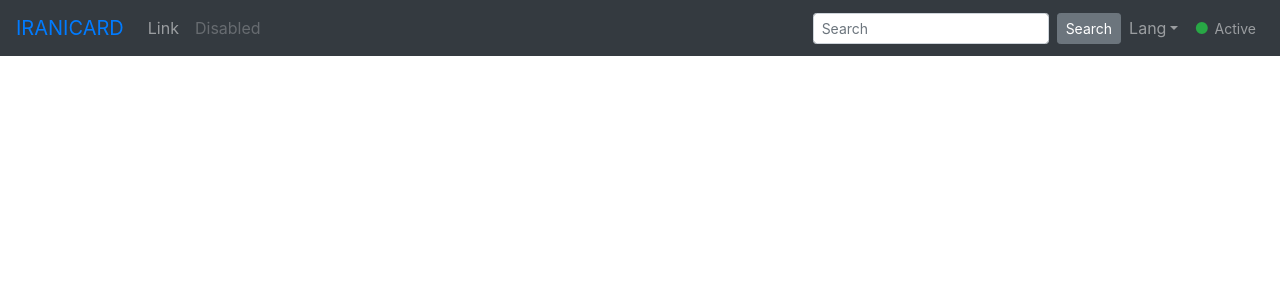
Repository: hosseinemami1370/iranicard
Page: /user
An editor plug-in stored every save of this project. The page is shown before and after the next save, followed by the edit.
The browser window is 1280 px wide. The pictures show the whole page.
The page's requests for data from a server got no answer. The project was rebuilt for these pictures with package versions that can differ from the ones it lists, and the page was loaded fresh each time. The framework's server and built-in components were replaced by stand-ins that run in the browser. No one was signed in, and anything a server would have sent is missing. Also part of the build but not shown: nuxt.config.js, components/Header.vue, components/Logo.vue, components/UI/AppButton.vue, layouts/admin.vue, layouts/error.vue.

Above is the page before, as saved 2021-03-15 13:58:46.

### components/navigation/Header.vue
<template>


<div>
  <b-navbar toggleable="lg" type="dark" variant="dark">
    <b-navbar-brand  ><nuxt-link to="/">IRANICARD</nuxt-link></b-navbar-brand>

    <b-navbar-toggle target="nav-collapse"></b-navbar-toggle>

    <b-collapse id="nav-collapse" is-nav>
      <b-navbar-nav>
        <b-nav-item href="#">Link</b-nav-item>
        <b-nav-item href="#" disabled>Disabled</b-nav-item>
      </b-navbar-nav>

      <!-- Right aligned nav items -->
      <b-navbar-nav class="ml-auto">
        <b-nav-form>
          <b-form-input size="sm" class="mr-sm-2" placeholder="Search"></b-form-input>
          <b-button size="sm" class="my-2 my-sm-0" type="submit">Search</b-button>
        </b-nav-form>

        <b-nav-item-dropdown text="Lang" right>
          <b-dropdown-item href="#">EN</b-dropdown-item>
          <b-dropdown-item href="#">ES</b-dropdown-item>
          <b-dropdown-item href="#">RU</b-dropdown-item>
          <b-dropdown-item href="#">FA</b-dropdown-item>
        </b-nav-item-dropdown>

        <b-nav-item-dropdown v-if="visible" right>
          <!-- Using 'button-content' slot -->

          <template #button-content>
            <em>User</em>
          </template>
          <b-dropdown-item href="#">Profile</b-dropdown-item>
          <b-dropdown-item @click="onLogout">Sign Out</b-dropdown-item>
        </b-nav-item-dropdown>
        <b-nav-item>
          <b-avatar v-if="visible" variant="info" src="https://placekitten.com/300/300"></b-avatar>
          <span class="mr-auto">{{email}}</span>
          <span class="text-success">● </span>
          <small>Active</small>
        </b-nav-item>
      </b-navbar-nav>

    </b-collapse>
  </b-navbar>
</div>
</template>

<script>


export default {
  middleware: ["check-auth"],
  data(){
    return{
      visible:false,
      email:''
    }
  },
  created(){

     if(localStorage.getItem("token") != null || localStorage.getItem("token") != undefined) {
       this.visible=true;
        this.email=localStorage.getItem("data")
    }
  },
  methods: {
    onLogout() {
      this.$store.dispatch("logout");
      this.$router.push("/");
    }
  }

}
</script>



<style>

</style>

### layouts/default.vue
<template>
  <div>

    <Nuxt />
  </div>
</template>
<script>
// import Header from '@/components/navigation/Header'
 export default {
//    components:{
//      Header
//    }
computed:{

    loadedData() {
      return this.$store.getters.isAuthenticated

  }
}
 }

</script>

<style>
html {
  font-family:
    'Source Sans Pro',
    -apple-system,
    BlinkMacSystemFont,
    'Segoe UI',
    Roboto,
    'Helvetica Neue',
    Arial,
    sans-serif;
  font-size: 16px;
  word-spacing: 1px;
  -ms-text-size-adjust: 100%;
  -webkit-text-size-adjust: 100%;
  -moz-osx-font-smoothing: grayscale;
  -webkit-font-smoothing: antialiased;
  box-sizing: border-box;
}

*,
*::before,
*::after {
  box-sizing: border-box;
  margin: 0;
}

.button--green {
  display: inline-block;
  border-radius: 4px;
  border: 1px solid #3b8070;
  color: #3b8070;
  text-decoration: none;
  padding: 10px 30px;
}

.button--green:hover {
  color: #fff;
  background-color: #3b8070;
}

.button--grey {
  display: inline-block;
  border-radius: 4px;
  border: 1px solid #35495e;
  color: #35495e;
  text-decoration: none;
  padding: 10px 30px;
  margin-left: 15px;
}

.button--grey:hover {
  color: #fff;
  background-color: #35495e;
}
</style>

### layouts/header.vue
<template>
 <div>
   <Header />
   <nuxt />
 </div>

</template>

<script>
import Header from '@/components/navigation/Header'
export default {
    components:{
        Header

    },

}
</script>

<style>

</style>

### store/index.js
import Vuex from "vuex";

import Cookie from "js-cookie";

const createStore =() =>{
   return new Vuex.Store({
    state:{
        loadedData:[],
        token:null,
        // visibelLogout:true
    },
    mutations:{
        SETTOKEN(state,token){
            state.token=token;
        },
        CLEARTOKEN(state) {
            state.token = null;
          },
          SETEDATA(state,data){
            state.loadedData=data;
          }
        // SETVISIBLE(state,visible){
        //     state.visibelLogout=visible
        // }
    },
    actions:{
        authenticationUser(vuexContext,authData){
            let authUrl =
          "https://www.googleapis.com/identitytoolkit/v3/relyingparty/verifyPassword?key=" +
          process.env.fbAPIKey;
        if (!authData.isLogin) {
          authUrl =
            "https://www.googleapis.com/identitytoolkit/v3/relyingparty/signupNewUser?key=" +
            process.env.fbAPIKey;
        }
        return this.$axios
          .$post(authUrl, {
            email: authData.email,
            password: authData.password,
            returnSecureToken: true
          })
          .then(result => {
            console.log("result:",result);
            vuexContext.commit("SETEDATA",result.email);
            vuexContext.commit("SETTOKEN", result.idToken);
            localStorage.setItem("token", result.idToken);
            localStorage.setItem("data",result.email);
            localStorage.setItem("isLogin",authData.isLogin)
            console.log("result.expiresIn",result.expiresIn);
            localStorage.setItem(
              "tokenExpiration",
              new Date().getTime() + Number.parseInt(result.expiresIn) * 1000
            );
            Cookie.set("jwt", result.idToken);
            Cookie.set(
              "expirationDate",
              new Date().getTime() + Number.parseInt(result.expiresIn) * 1000
            );
          })
          .catch(e => {
            console.log('error1:', e);
            alert("usre or password invalid!")
          });
        },
        initAuth(vuexContext, req) {
            let token;
            let expirationDate;
            if (req) {
              if (!req.headers.cookie) {
                return;
              }
              const jwtCookie = req.headers.cookie
                .split(";")
                .find(c => c.trim().startsWith("jwt="));
              if (!jwtCookie) {
                return;
              }
              token = jwtCookie.split("=")[1];
              expirationDate = req.headers.cookie
                .split(";")
                .find(c => c.trim().startsWith("expirationDate="))
                .split("=")[1];
            }
            else {
              token = localStorage.getItem("token");
              expirationDate = localStorage.getItem("tokenExpiration");
            }
            if (new Date().getTime() > +expirationDate || !token) {
              console.log("No token or invalid token");
              vuexContext.dispatch("logout");
              return;
            }
            vuexContext.commit("SETTOKEN", token);
          },
          logout(vuexContext) {
            vuexContext.commit("CLEARTOKEN");
            Cookie.remove("jwt");
            Cookie.remove("expirationDate");
            if (process.client) {
              localStorage.removeItem("token");
              localStorage.removeItem("tokenExpiration");
            }
          },
        // setVisible(vuexContext,payload){
        //     vuexContext.commit("SETVISIBLE", payload);
        // }
    },
    getters: {
      loadedData(state) {
        return state.loadedData;
      },
      isAuthenticated(state) {
        return state.token != null;
      },
      // loadedVisible(state){
      //   return state.visibelLogout
      // }
    }
   })
}
export default createStore;

### plugins/core-component.js
import Vue from 'vue';
import AppButton from '@/components/UI/AppButton'
import Vuelidate from 'vuelidate'
Vue.use(Vuelidate)
Vue.component('AppButton', AppButton)

### pages/user/index.vue
<template>
  <b-container class="bv-example-row">

    <!-- <b-row>
      <b-col>
        <div>
          <b-card
            title="Card Title"
            img-src="https://demos.creative-tim.com/argon-dashboard-pro/assets/img/theme/img-1-1000x600.jpg"
            img-alt="Image"
            img-top
            tag="article"
            style="max-width: 20rem"
            class="mb-2"
          >
            <b-card-text>
              Some quick example text to build on the card title and make up the
              bulk of the card's content.
            </b-card-text>

            <b-button href="javascript:;" variant="primary"
              >Go somewhere</b-button
            >
          </b-card>
        </div>
        </b-col>
      <b-col>
        <div>
          <b-card
            title="Card Title"
            img-src="https://demos.creative-tim.com/argon-dashboard-pro/assets/img/theme/img-1-1000x600.jpg"
            img-alt="Image"
            img-top
            tag="article"
            style="max-width: 20rem"
            class="mb-2"
          >
            <b-card-text>
              Some quick example text to build on the card title and make up the
              bulk of the card's content.
            </b-card-text>

            <b-button href="javascript:;" variant="primary"
              >Go somewhere</b-button
            >
          </b-card>
        </div>
      </b-col>
      <b-col>
        <div>
          <b-card
            title="Card Title"
            img-src="https://demos.creative-tim.com/argon-dashboard-pro/assets/img/theme/img-1-1000x600.jpg"
            img-alt="Image"
            img-top
            tag="article"
            style="max-width: 20rem"
            class="mb-2"
          >
            <b-card-text>
              Some quick example text to build on the card title and make up the
              bulk of the card's content.
            </b-card-text>

            <b-button href="javascript:;" variant="primary"
              >Go somewhere</b-button
            >
          </b-card>
        </div>
      </b-col>
    </b-row> -->
  </b-container>
</template>

<script>
export default {
  layout: "header",
  middleware: ["auth"],
  computed: {
    // loadedData() {
    //   return this.$store.getters.loadedData
    // }
  },
  data() {
    return {
      email: localStorage.getItem("data"),
    };
  },
};
</script>

<style>
</style>

After the next save:
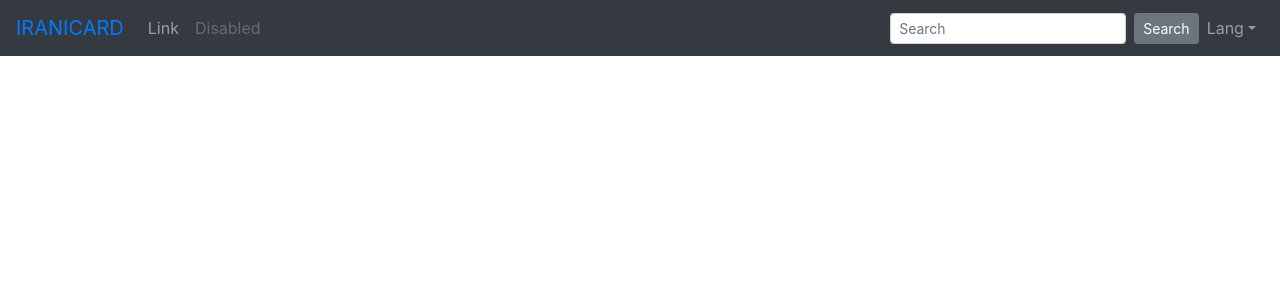
Saved 11 s later.
--- a/components/navigation/Header.vue
+++ b/components/navigation/Header.vue
@@ -36,8 +36,8 @@
           <b-dropdown-item href="#">Profile</b-dropdown-item>
           <b-dropdown-item @click="onLogout">Sign Out</b-dropdown-item>
         </b-nav-item-dropdown>
-        <b-nav-item>
-          <b-avatar v-if="visible" variant="info" src="https://placekitten.com/300/300"></b-avatar>
+        <b-nav-item v-if="visible">
+          <b-avatar  variant="info" src="https://placekitten.com/300/300"></b-avatar>
           <span class="mr-auto">{{email}}</span>
           <span class="text-success">● </span>
           <small>Active</small>
